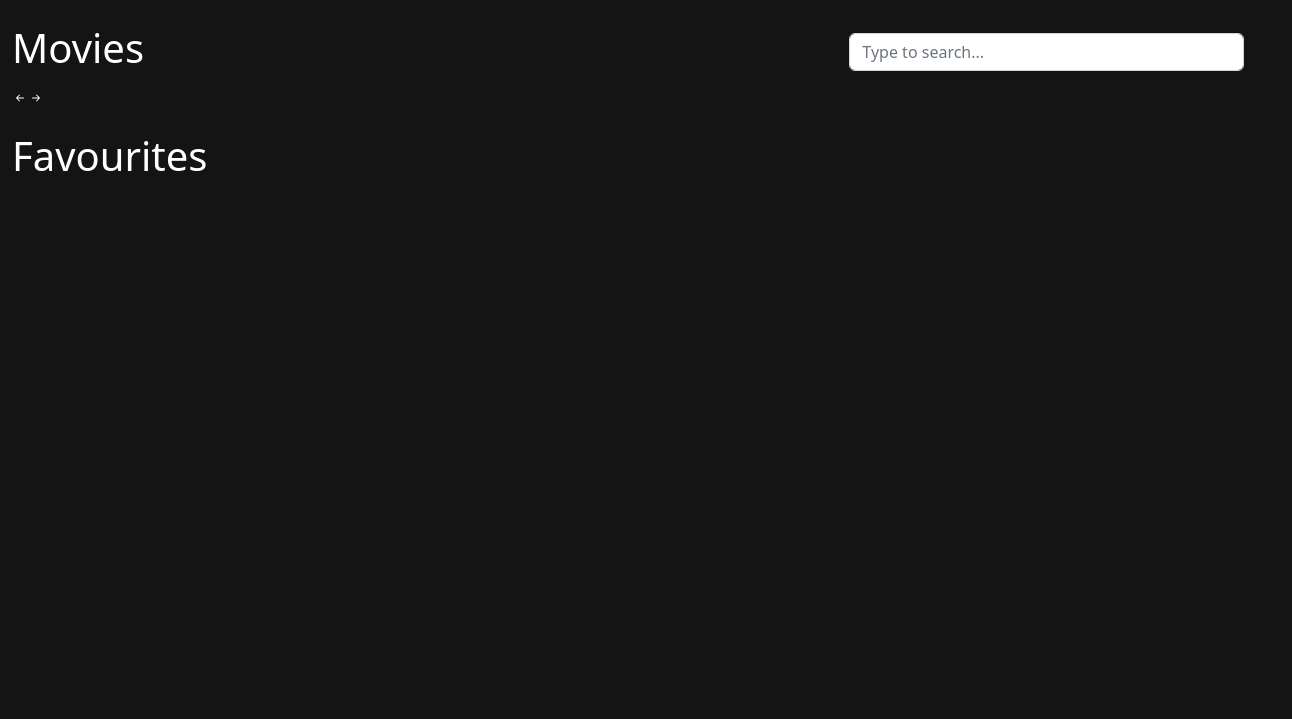
Repository: DeraBola/movie-app
Page: /
The author's editor kept a copy of each file at every save. The page is drawn from the files as they stood at one save, then again after the next save.
The browser window is 1280 px wide. The page is 1280 px wide, then 1292 px, so the pictures cover 1292 px, including what lies to the right of the window. The pictures show the whole page.
The page's requests for data from a server got no answer. The project was rebuilt for these pictures with package versions that can differ from the ones it lists, and the page was loaded fresh each time. No one was signed in, and anything a server would have sent is missing. Also part of the build but not shown: src/components/AddFavourites.js, src/components/RemoveFavourites.js.

Above is the page before, as saved 2022-09-02 11:18:31.

### src/index.js
import React from 'react';
import ReactDOM from 'react-dom/client';
import './index.css';
import App from './App';
import reportWebVitals from './reportWebVitals';

const root = ReactDOM.createRoot(document.getElementById('root'));
root.render(
  <React.StrictMode>
    <App />
  </React.StrictMode>
);


// If you want to start measuring performance in your app, pass a function
// to log results (for example: reportWebVitals(console.log))
// or send to an analytics endpoint. Learn more: https://bit.ly/CRA-vitals
reportWebVitals();

### src/App.js
import React, { useEffect, useState, useRef } from "react";
import MovieList from "../src/components/MovieList";
import MovieListHeading from "../src/components/MovieListHeading";
import SearchBox  from "../src/components/SearchBox";
import "bootstrap/dist/css/bootstrap.min.css";
import AddFavourites from "../src/components/AddFavourites";
import "./App.css";
import RemoveFavourites from "../src/components/RemoveFavourites";
import {
  BsArrowLeftShort,
  BsArrowRightShort,
} from "react-icons/bs";





const App = () => {

  const [movies, setMovies] = useState([]);

  const [favourites, setFavourites] = useState([]);

  const [searchValue, setSearchValue] = useState([]);

  const getMovieRequest = async (searchValue) => {
    const url = `https://api.themoviedb.org/3/search/movie?query=${searchValue}&api_key=1a149356193d56f9143f86bca179b03e`

    const response = await fetch(url);

    const responseJson = await response.json();

    if(responseJson.results){
      setMovies(responseJson.results);
    }
  };

  useEffect(()=>{
    getMovieRequest(searchValue);
  }, [searchValue]);

  useEffect(()=>{
    const movieFavourites = JSON.parse(
      localStorage.getItem('react-movie-app-favourites')
    )||[];

    setFavourites(movieFavourites);
}, []);


  const saveToLocalStorage = (items) =>{
    localStorage.setItem('react-movie-app-favourites', JSON.stringify(items))
  }

const addFavouriteMovie = (movie) => {
  const newFavouriteList = [...favourites, movie];
  setFavourites(newFavouriteList);
  saveToLocalStorage(newFavouriteList);
};

const removeFavouriteMovie = (movie) => {
  const newFavouriteList = favourites.filter(
    (favourite) => favourite.id !== movie.id
  );
  setFavourites(newFavouriteList);
  saveToLocalStorage(newFavouriteList);
}

const scrollRef = useRef(null);
  const scroll = (direction) => {
    const { current } = scrollRef;
    if (direction === "left") {
      current.scrollLeft -= 300;
    } else {
      current.scrollLeft += 300;
    }
  }


  return (
    <div className="container-fluid movie-app">
      <div className="row d-flex align-items-center mt-4 mb-1" >
        <MovieListHeading heading='Movies' />
        < SearchBox searchValue={searchValue} setSearchValue={setSearchValue}/>
      </div>
      <div className="row" ref={scrollRef}>
        <MovieList
        movies={movies}
        handleFavouritesClick={addFavouriteMovie}
        favouriteComponent={AddFavourites}/>
      </div>
      <div className="app__gallery-images_arrow">
          <BsArrowLeftShort
            className="gallery__arrow-icon"
            onClick={() => scroll("left")}
          />
          <BsArrowRightShort
            className="gallery__arrow-icon"
            onClick={() => scroll("right")}
          />
        </div>
      <div className="row d-flex align-items-center mt-4 mb-1">
        <MovieListHeading heading='Favourites' />
      </div>
      <div className="row">
        <MovieList
        movies={favourites}
        handleFavouritesClick={removeFavouriteMovie }
        favouriteComponent={RemoveFavourites}/>
      </div>
    </div>
  );
};

export default App;

### src/components/MovieList.js
import React from "react";

const API_IMG = "https://image.tmdb.org/t/p/w500";

const MovieList = (props) => {

  const FavouriteComponent = props.favouriteComponent;

  return (
    <>
      {props.movies?.map((movie, id) => (
        <div key={id} className="movie-img d-flex justify-content-start m-2">
         <div className="movie-poster"><img src={API_IMG + movie.poster_path} className='card-img-top' alt="movie" /></div>
              <div className="movie-info">
                <h3>{movie.title}</h3>
                <div className='movie-over'>
                  <h6>Overview</h6>
                <p>{movie.overview}</p>
                </div>
          </div>
          <div
          onClick ={ () => props.handleFavouritesClick(movie)}
          className="overlay d-flex align-items-center justify-content-center"
          >
            <FavouriteComponent />
          </div>
        </div>
      ))}
    </>
  );
};

export default MovieList;

### src/components/MovieListHeading.js
import React from 'react';

const MovieListHeading = (props) => {
return(
    <div className='col'>
        <h1>{props.heading}</h1>
    </div>
);
};
export default MovieListHeading;

### src/components/SearchBox.js
import React from 'react';

const SearchBox = (props) => {
return(
    <div className='col col-sm-4'>
      <input className='form-control'
      value={props.value}
      onChange = {(event) => props.setSearchValue(event.target.value) }
      placeholder="Type to search..."></input>
    </div>
);
};
export default SearchBox;

### src/App.css
 body {
     background: #141414;
     color: #fff;
     text-decoration: none;
     list-style-type: none;
 }

 .movie-app>.row {
     overflow-x: auto;
     flex-wrap: nowrap;
     -ms-overflow-style: none;
     scrollbar-width: none;
     width: 100%;
     margin-right: 1rem;
 }

 .movie-app>.row::-webkit-scrollbar {
     display: none;
 }

 .movie-img {
     padding: 1rem;
     width: 600px;
     height: 600px;
     -ms-overflow-style: none;
     scrollbar-width: none;
 }

 .movie-img::-webkit-scrollbar {
     display: none;
 }

 .movie-img:hover {
     cursor: pointer;
     transform: scale(1.1);
 }

 .movie-img img {
     width: 250px;
     height: 250px;
 }

 .movie-img .movie-info {
     flex: 1;
     padding: 1.5rem;
     height: 200px;
 }

 .movie-info .movie-over {
     padding: 1rem;
     background: rgba(255, 255, 255, 0.2);
     box-shadow: 04px 30px rgba(0, 0, 0, 0.1);
     margin-right: .5rem;
     backdrop-filter: blur(5px);
     border-radius: 12px;
     border-top: 1px solid #fff;
     border-left: 1px solid #fff;
     width: 300px;
 }

 .movie-info h3 {
     font-size: 25px;
     top: 0;
 }

 .movie-info .movie-over h6 {
     text-transform: uppercase;
     font-size: 20px;
 }

 .movie-img:hover .overlay {
     opacity: 1;
 }

 .overlay {
     position: absolute;
     background: rgba(0, 0, 0, 0.8);
     width: 100%;
     transition: 0.5s ease;
     opacity: 0;
     bottom: 0;
     font-size: 20px;
     padding: 20px;
     text-align: center;
 }

Loaded but not shown: public/index.html (common file); src/index.css (common file); src/reportWebVitals.js (common file)

After the next save:
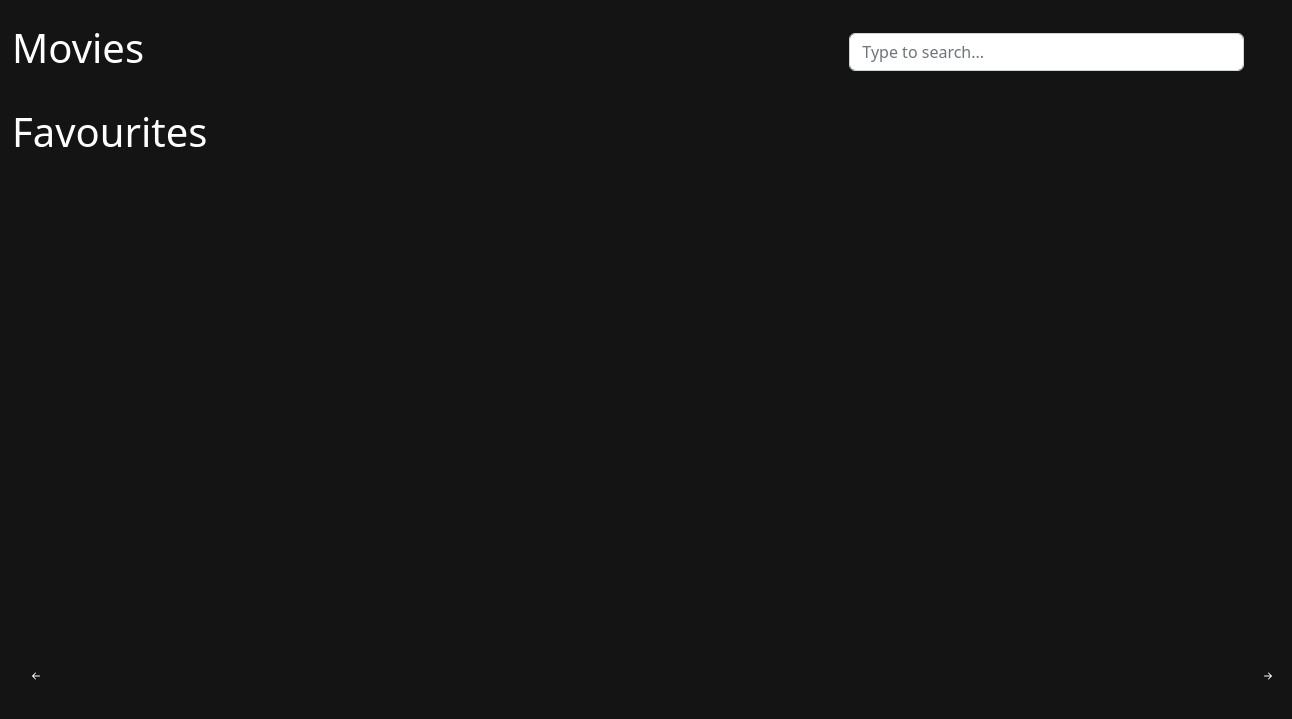
Saved 6 min 41 s later.
--- a/src/App.css
+++ b/src/App.css
@@ -83,3 +83,13 @@
      padding: 20px;
      text-align: center;
  }
+
+ .app__gallery-images_arrow {
+     width: 100%;
+     display: flex;
+     justify-content: space-between;
+     align-items: center;
+     padding: 0 1rem;
+     bottom: 5%;
+     position: absolute;
+ }
